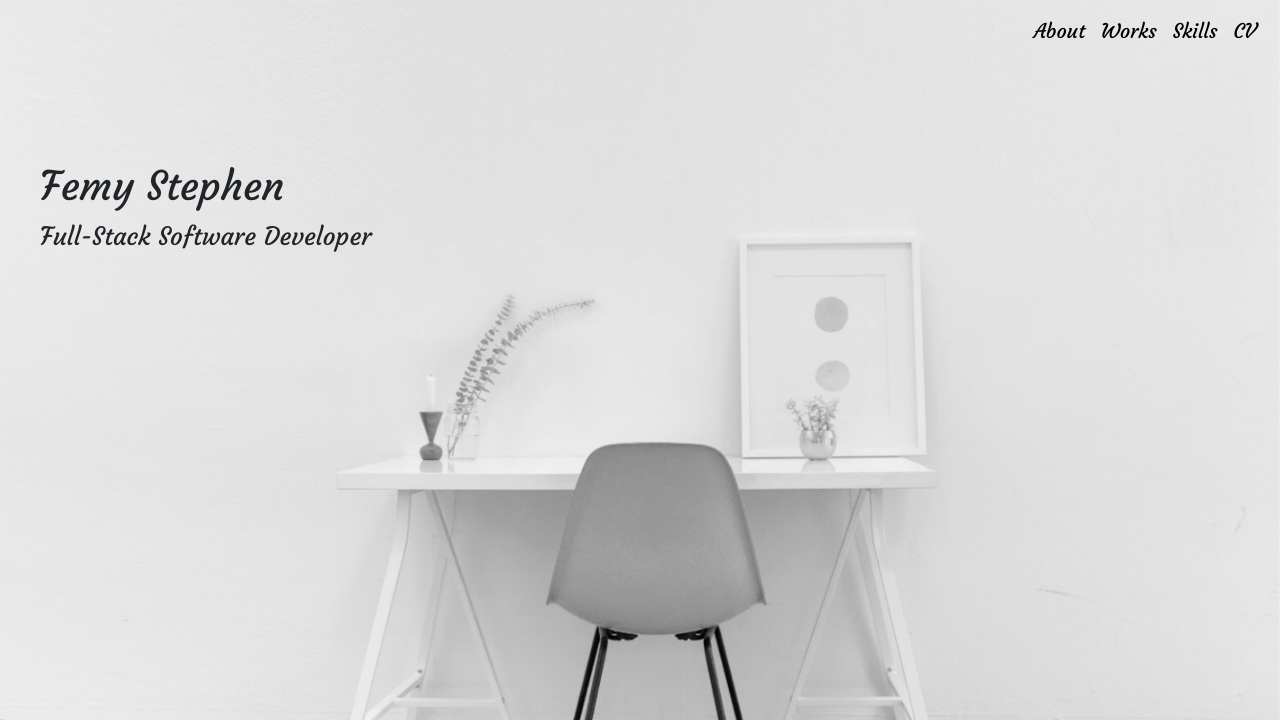
Repository: femy16/FemyStephen
Page: index.html
The author's editor kept a record of every edit. The page is drawn from the files as they stood at one moment, then again after the next edit.
The browser window is 1280 px wide. The pictures show the whole page.
Some web libraries are served in a nearby version.

Above is the page before.
Not found: hover.css

### index.html
<!DOCTYPE html>
<html lang="en">

<head>
    <meta charset="UTF-8">
    <meta name="viewport" content="width=device-width, initial-scale=1.0">
    <meta http-equiv="X-UA-Compatible" content="ie=edge">
    <link href="https://fonts.googleapis.com/css?family=Courgette|Kaushan+Script" rel="stylesheet">
    <link rel="stylesheet" href="https://use.fontawesome.com/releases/v5.3.1/css/all.css" integrity="sha384-mzrmE5qonljUremFsqc01SB46JvROS7bZs3IO2EmfFsd15uHvIt+Y8vEf7N7fWAU" crossorigin="anonymous">
    <link rel="stylesheet" href="hover.css" type="text/css" />
    <link rel="stylesheet" href="https://maxcdn.bootstrapcdn.com/bootstrap/4.0.0/css/bootstrap.min.css" integrity="sha384-Gn5384xqQ1aoWXA+058RXPxPg6fy4IWvTNh0E263XmFcJlSAwiGgFAW/dAiS6JXm" crossorigin="anonymous">
    <link rel="stylesheet" href="style.css" type="text/css" />
    <link href="https://fonts.googleapis.com/css?family=Montserrat" rel="stylesheet">
    <title>Femy Stephen</title>
</head>

<body>
   <header id="landing-view">


        <nav class="navbar navbar-expand-md navbar-masthead navbar-default navbar-fixed-top">
                <div class="container topmenu">


            <button class="navbar-toggler" type="button" data-toggle="collapse" data-target="#collapsibleNavbar">
    <span class="fa fa-bars" ></span>
  </button>
  </div>
            <div class="collapse navbar-collapse" id="collapsibleNavbar">
                <ul class="navbar-nav">
                    <li class="nav-item">
                        <a class="nav-link" href="#">About</a>
                    </li>
                    <li class="nav-item">
                        <a class="nav-link" href="services.html">Works</a>
                    </li>
                    <li class="nav-item">
                        <a class="nav-link" href="products.html">Skills</a>
                    </li>
                    <li class="nav-item">
                        <a class="nav-link" href="contac_us.html">CV</a>
                    </li>
                </ul>
            </div>
        </nav>
<div class="headercontainer">
    <h1 class="name">Femy Stephen</h1>
    <p class="title">Full-Stack Software Developer</p>

</div>

    </header>
    <div class="spacer"></div>
    <main>


    </main>

    <footer>

    </footer>



    <script src="https://code.jquery.com/jquery-3.2.1.slim.min.js" integrity="sha384-KJ3o2DKtIkvYIK3UENzmM7KCkRr/rE9/Qpg6aAZGJwFDMVNA/GpGFF93hXpG5KkN" crossorigin="anonymous"></script>
    <script src="https://cdnjs.cloudflare.com/ajax/libs/popper.js/1.12.9/umd/popper.min.js" integrity="sha384-ApNbgh9B+Y1QKtv3Rn7W3mgPxhU9K/ScQsAP7hUibX39j7fakFPskvXusvfa0b4Q" crossorigin="anonymous"></script>
    <script src="https://maxcdn.bootstrapcdn.com/bootstrap/4.0.0/js/bootstrap.min.js" integrity="sha384-JZR6Spejh4U02d8jOt6vLEHfe/JQGiRRSQQxSfFWpi1MquVdAyjUar5+76PVCmYl" crossorigin="anonymous"></script>
</body>

</html>

### style.css
.navbar {
    background-color: transparent;
    text-align:right;

}

.navbar-fixed-top .container {

    text-align: right;
    margin-right: 1%;
    margin-top: 1%;

}
#landing-view {
    background-attachment: fixed;
    background-image: url('images/landing.jpg');
    background-position: bottom;
    background-size: cover;
    height: 100vh;
    width: 100vw;
    margin-bottom: 0px;
    z-index: 1;
}

body{

    background-color: #fdfdfd;
    width: 100%;
}


/*.spacer {*/
/*    width: 100%;*/
/*    height: 170px;*/
/*}*/


.nav-link {
    font-family: 'Courgette', cursive;
    font-size: 20px;
    color: black;
    padding-left: 40px;
    padding-right: 40px;
}

/*.nav-item {*/
/*    display: inline-block;*/
/*    padding: 10px;*/
/*    padding-left: 40px;*/
/*    padding-right: 40px;*/
/*}*/
.headercontainer{
    margin-top:100px;
   padding-left: 40px;
   font-family: 'Courgette', cursive;

}
.title{
    font-size:25px;



}

After the next edit:
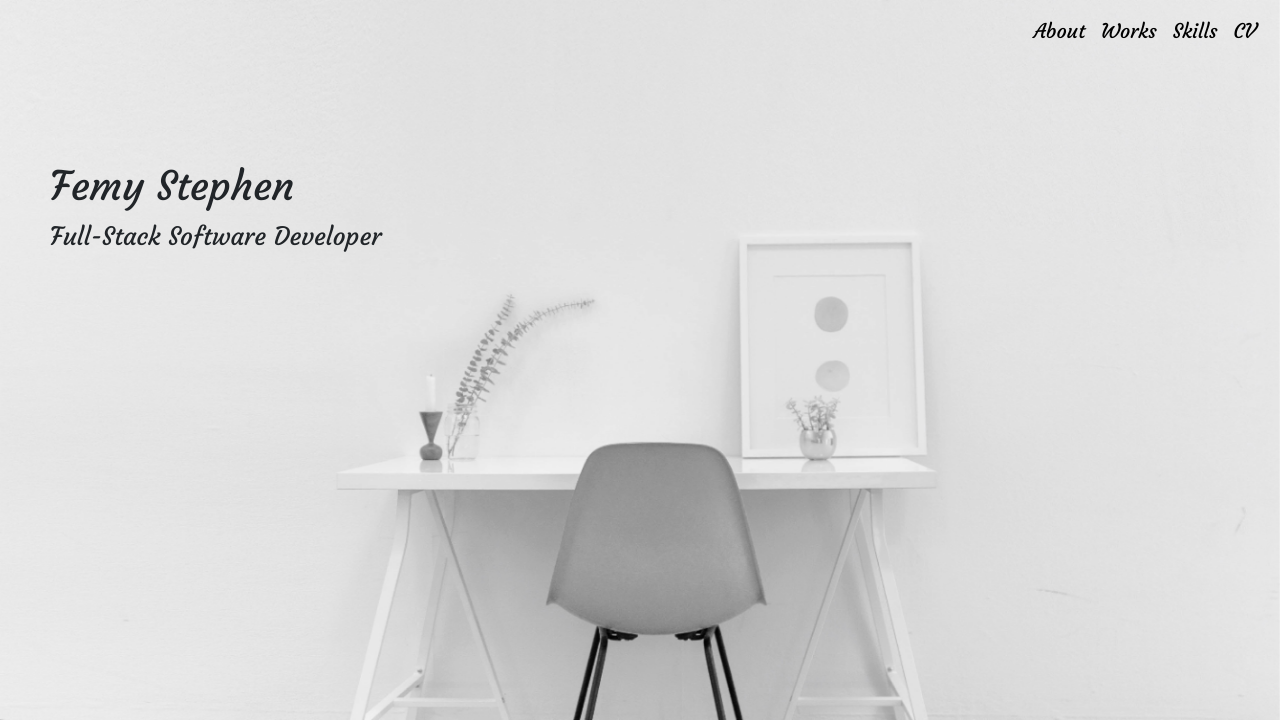
The edit:
--- a/style.css
+++ b/style.css
@@ -51,7 +51,7 @@
 /*}*/
 .headercontainer{
     margin-top:100px;
-   padding-left: 40px;
+   padding-left: 50px;
    font-family: 'Courgette', cursive;
 
 }
